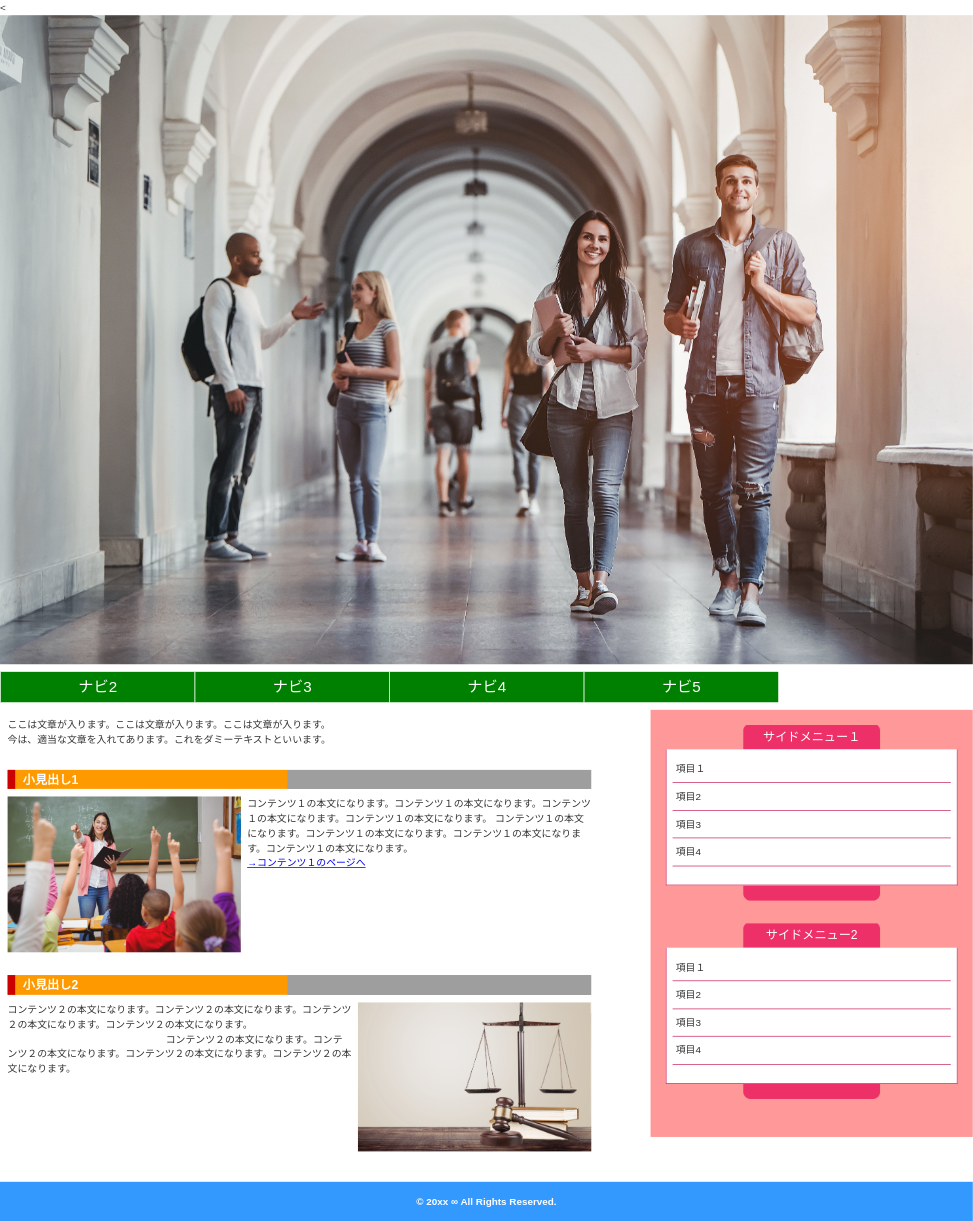
Repository: hanilemo/samurai_HTML-CSS
Page: home.html
The author's editor kept a record of every edit. The page is drawn from the files as they stood at one moment, then again after the next edit.
The browser window is 1280 px wide. The pictures show the whole page, at 76% of full size.
Pictures or frames that could not be fetched are drawn as grey boxes.

Above is the page before.

After the next edit:
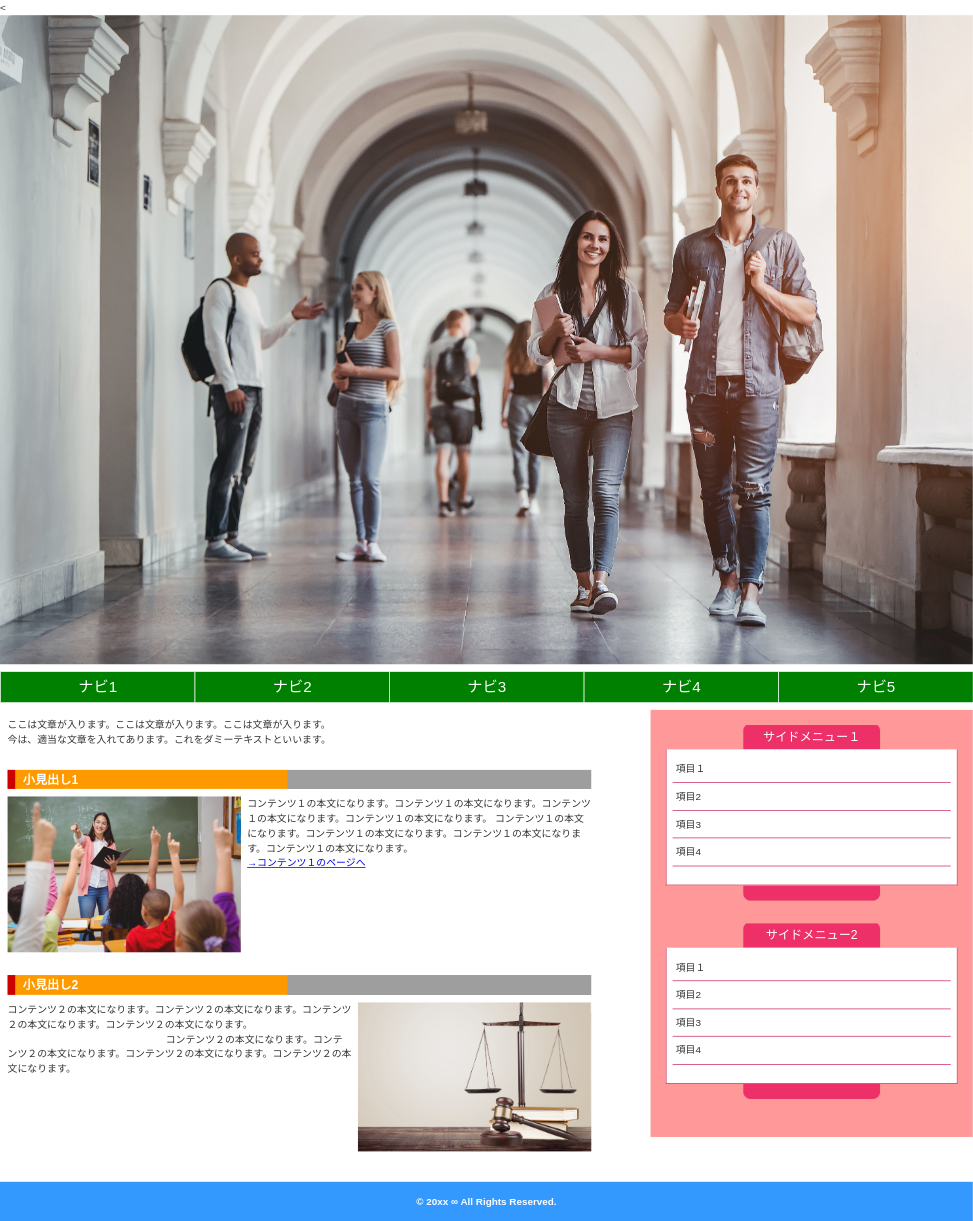
The edit:
--- a/home.html
+++ b/home.html
@@ -12,7 +12,7 @@
        <div id="wrapper">
          <div id="nav">
              <ul>
-                 <li><a href="home.html>ナビ1</a></li>
+                 <li><a href="home.html">ナビ1</a></li>
                  <li><a href="#">ナビ2</a></li>
                  <li><a href="#">ナビ3</a></li>
                  <li><a href="#">ナビ4</a></li>
